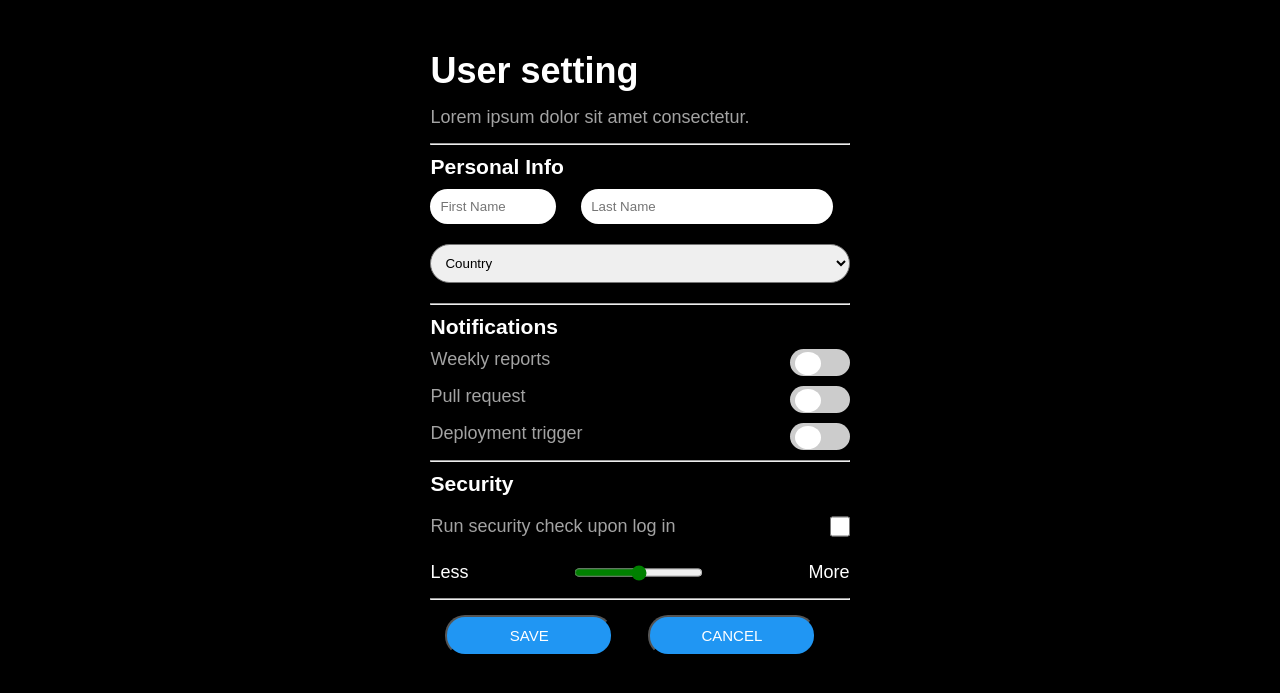
Repository: imokha01/DOM
Page: index.html
These files come from the project's save history. The page is drawn as it stood at one moment and after a run of saves; the edit follows.
The browser window is 1280 px wide. The pictures show the whole page.

Above is the page before, as saved 2023-12-21 10:23:46.

After the next 3 saves:
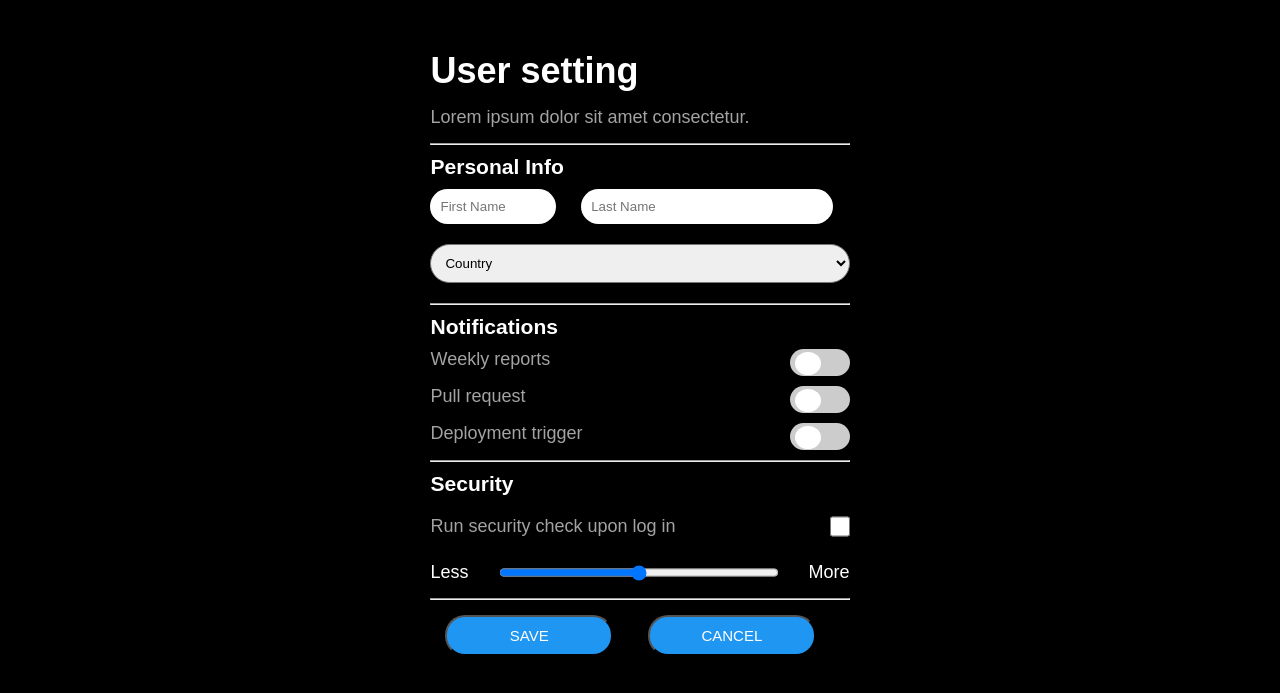
The 3 saves are shown as one change because they came seconds apart.
The last was saved 23 s later.
--- a/index.css
+++ b/index.css
@@ -89,18 +89,9 @@ select {
   }
 
   #range {
-    /* width: 280px;
-    background: linear-gradient(to right, green 0%, green 50%, #fff 50%, #fff 100%);
-    border: solid 1px black;
-    border-radius: 8px;
-    height: 7px;
-    width: 356px;
-    outline: none;
-    transition: background 450ms ease-in;
-    -webkit-appearance: none; */
-    accent-color: green;
+    width: 280px;
+    accent-color: ;
   }
-
 
 /* input[type='range']::-webkit-slider-runnable-track {
     background-color: green;
